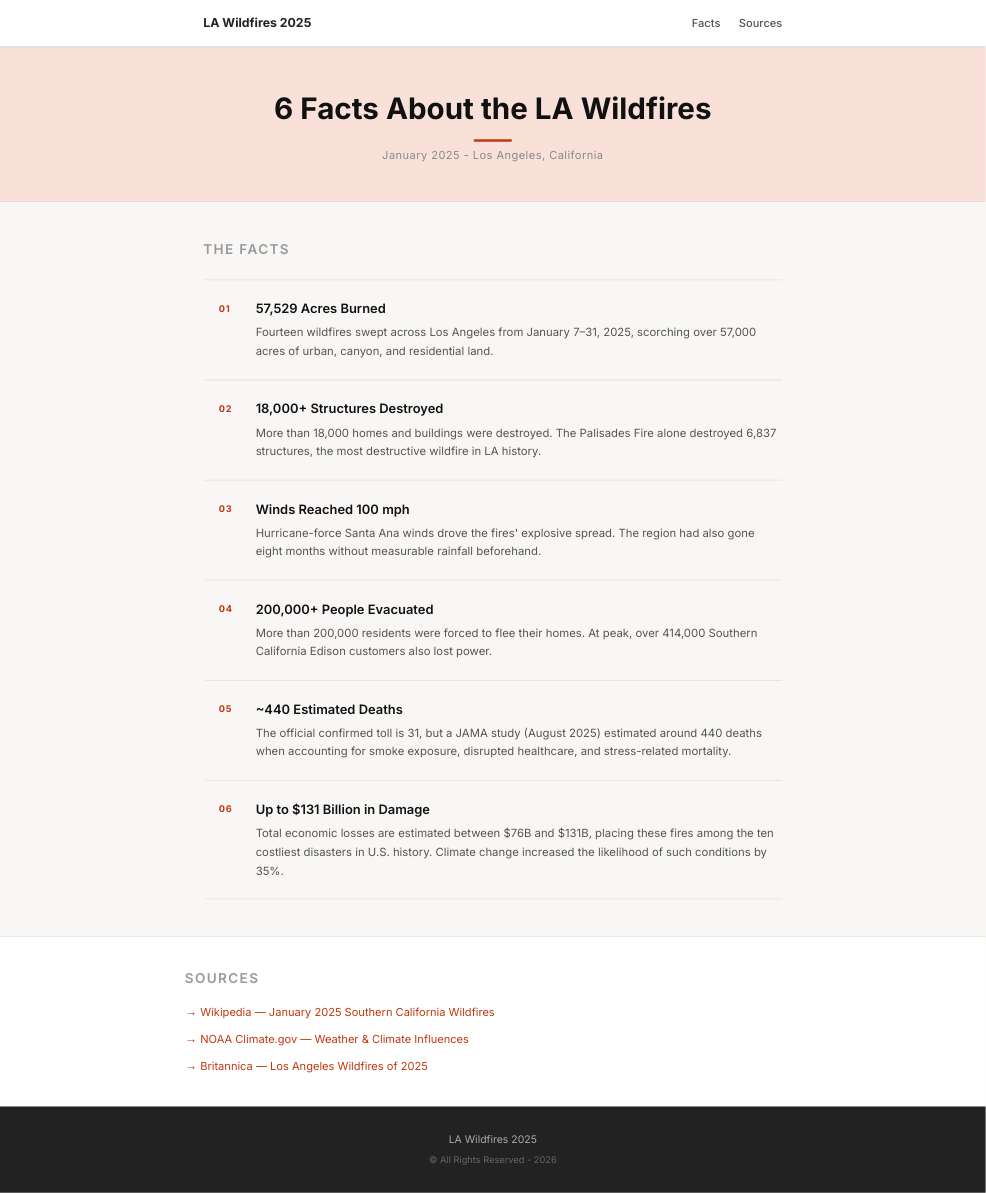
Repository: aarda5/la-wildfires-2025
Page: index.html
These files come from the project's save history. The page is drawn as it stood at one moment and after the next save; the edit follows.
The browser window is 1280 px wide. The pictures show the whole page, at 77% of full size.

Above is the page before, as saved 2026-03-25 23:43:10.

### index.html
<!DOCTYPE html>
<html lang="en">
<head>
  <meta charset="UTF-8" />
  <meta name="viewport" content="width=device-width, initial-scale=1.0" />
  <title>LA Wildfires 2025 — 6 Facts</title>
  <link rel="preconnect" href="https://fonts.googleapis.com" />
  <link rel="preconnect" href="https://fonts.gstatic.com" crossorigin />
  <link href="https://fonts.googleapis.com/css2?family=Inter:wght@400;500;600;700&display=swap" rel="stylesheet" />
  <link rel="stylesheet" href="style.css" />
</head>
<body>

  <header class="navbar">
    <div class="navbar__inner">
      <a class="navbar__logo" href="#">LA Wildfires 2025</a>

      <nav class="navbar__links" id="nav-links">
        <a href="#facts">Facts</a>
        <a href="#sources">Sources</a>
      </nav>

      <button class="navbar__hamburger" id="hamburger" aria-label="Toggle menu" aria-expanded="false">
        <span></span>
        <span></span>
        <span></span>
      </button>
    </div>

    <nav class="navbar__mobile-menu" id="mobile-menu">
      <a href="#facts">Facts</a>
      <a href="#sources">Sources</a>
    </nav>
  </header>

  <section class="hero">
    <h1>6 Facts About the LA Wildfires</h1>
    <p>January 2025 - Los Angeles, California</p>
  </section>

  <main class="facts" id="facts">
    <h2>The Facts</h2>

    <ol class="fact-list">

      <li class="fact-item">
        <span class="fact-number">01</span>
        <div class="fact-content">
          <h3>57,529 Acres Burned</h3>
          <p>Fourteen wildfires swept across Los Angeles from January 7–31, 2025, scorching over 57,000 acres of urban, canyon, and residential land.</p>
        </div>
      </li>

      <li class="fact-item">
        <span class="fact-number">02</span>
        <div class="fact-content">
          <h3>18,000+ Structures Destroyed</h3>
          <p>More than 18,000 homes and buildings were destroyed. The Palisades Fire alone destroyed 6,837 structures, the most destructive wildfire in LA history.</p>
        </div>
      </li>

      <li class="fact-item">
        <span class="fact-number">03</span>
        <div class="fact-content">
          <h3>Winds Reached 100 mph</h3>
          <p>Hurricane-force Santa Ana winds drove the fires' explosive spread. The region had also gone eight months without measurable rainfall beforehand.</p>
        </div>
      </li>

      <li class="fact-item">
        <span class="fact-number">04</span>
        <div class="fact-content">
          <h3>200,000+ People Evacuated</h3>
          <p>More than 200,000 residents were forced to flee their homes. At peak, over 414,000 Southern California Edison customers also lost power.</p>
        </div>
      </li>

      <li class="fact-item">
        <span class="fact-number">05</span>
        <div class="fact-content">
          <h3>~440 Estimated Deaths</h3>
          <p>The official confirmed toll is 31, but a JAMA study (August 2025) estimated around 440 deaths when accounting for smoke exposure, disrupted healthcare, and stress-related mortality.</p>
        </div>
      </li>

      <li class="fact-item">
        <span class="fact-number">06</span>
        <div class="fact-content">
          <h3>Up to $131 Billion in Damage</h3>
          <p>Total economic losses are estimated between $76B and $131B, placing these fires among the ten costliest disasters in U.S. history. Climate change increased the likelihood of such conditions by 35%.</p>
        </div>
      </li>

    </ol>
  </main>


  <section class="sources" id="sources">
    <h2>Sources</h2>
    <ul class="source-list">
      <li><a href="https://en.wikipedia.org/wiki/January_2025_Southern_California_wildfires" target="_blank" rel="noopener">Wikipedia — January 2025 Southern California Wildfires</a></li>
      <li><a href="https://www.climate.gov/news-features/event-tracker/weather-and-climate-influences-january-2025-fires-around-los-angeles" target="_blank" rel="noopener">NOAA Climate.gov — Weather &amp; Climate Influences</a></li>
      <li><a href="https://www.britannica.com/event/Los-Angeles-wildfires-of-2025" target="_blank" rel="noopener">Britannica — Los Angeles Wildfires of 2025 </a></li>
    </ul>
  </section>


  <footer class="footer">
    <p>LA Wildfires 2025</p>
    <p class="footer__copy">&copy; All Rights Reserved - 2026</p>
  </footer>

  <script>
    const hamburger = document.getElementById('hamburger');
    const mobileMenu = document.getElementById('mobile-menu');

    hamburger.addEventListener('click', () => {
      const expanded = hamburger.getAttribute('aria-expanded') === 'true';
      hamburger.setAttribute('aria-expanded', String(!expanded));
      hamburger.classList.toggle('is-open');
      mobileMenu.classList.toggle('is-open');
    });

    mobileMenu.querySelectorAll('a').forEach(link => {
      link.addEventListener('click', () => {
        hamburger.setAttribute('aria-expanded', 'false');
        hamburger.classList.remove('is-open');
        mobileMenu.classList.remove('is-open');
      });
    });
  </script>

</body>
</html>

### style.css

*, *::before, *::after {
  box-sizing: border-box;
  margin: 0;
  padding: 0;
}

html {
  scroll-behavior: smooth;
}

body {
  font-family: 'Inter', sans-serif;
  font-size: 16px;
  background-color: #f9f7f5;
  color: #222;
  line-height: 1.6;
}

a {
  color: #c0390f;
  text-decoration: none;
}

a:hover {
  text-decoration: underline;
}

a:focus-visible,
button:focus-visible {
  outline: 2px solid #c0390f;
  outline-offset: 3px;
  border-radius: 3px;
}


.navbar {
  position: sticky;
  top: 0;
  z-index: 100;
  background-color: #fff;
  border-bottom: 2px solid #e0d6cf;
}

.navbar__inner {
  display: flex;
  align-items: center;
  justify-content: space-between;
  max-width: 800px;
  margin: 0 auto;
  padding: 0 1.5rem;
  height: 60px;
}

.navbar__logo {
  font-weight: 700;
  font-size: 1rem;
  color: #222;
  text-decoration: none;
}

.navbar__logo:hover {
  color: #c0390f;
  text-decoration: none;
}

.navbar__links {
  display: flex;
  gap: 1.5rem;
}

.navbar__links a {
  font-size: 0.9rem;
  font-weight: 500;
  color: #555;
  text-decoration: none;
}

.navbar__links a:hover {
  color: #c0390f;
}

/* Hamburger button */
.navbar__hamburger {
  display: none;
  flex-direction: column;
  justify-content: center;
  gap: 5px;
  width: 36px;
  height: 36px;
  background: none;
  border: 1px solid #ddd;
  border-radius: 4px;
  padding: 0 8px;
}

.navbar__hamburger span {
  display: block;
  height: 2px;
  background: #444;
  border-radius: 2px;
  transition: transform 0.25s ease, opacity 0.25s ease;
  transform-origin: center;
}



/* Mobile dropdown */
.navbar__mobile-menu {
  display: none;
  flex-direction: column;
  background: #fff;
  border-top: 1px solid #eee;
  max-height: 0;
  overflow: hidden;
  transition: max-height 0.3s ease;
}

.navbar__mobile-menu.is-open {
  max-height: 200px;
}

.navbar__mobile-menu a {
  padding: 0.75rem 1.5rem;
  font-size: 0.9rem;
  font-weight: 500;
  color: #444;
  border-bottom: 1px solid #f0f0f0;
  text-decoration: none;
}


.navbar__mobile-menu a:hover {
  background-color: #fdf3ef;
  color: #c0390f;
}


.navbar__mobile-menu a:last-child {
  border-bottom: none;
}


.hero {
  background-color: #f9e1da;
  border-bottom: 1px solid #e8d8d0;
  padding: 3rem 1.5rem;
  text-align: center;
}

.hero h1 {
  font-size: clamp(1.6rem, 4vw, 2.4rem);
  font-weight: 700;
  color: #111;
  margin-bottom: 0.4rem;
}


.hero h1::after {
  content: '';
  display: block;
  width: 50px;
  height: 3px;
  background-color: #c0390f;
  margin: 0.6rem auto 0;
  border-radius: 2px;
}

.hero p {
  font-size: 0.9rem;
  color: #888;
  letter-spacing: 0.04em;
}


.facts {
  max-width: 800px;
  margin: 0 auto;
  padding: 3rem 1.5rem;
}

.facts h2 {
  font-size: 1.1rem;
  font-weight: 600;
  text-transform: uppercase;
  letter-spacing: 0.1em;
  color: #999;
  margin-bottom: 1.5rem;
}


.fact-list {
  list-style: none;
  display: flex;
  flex-direction: column;
  gap: 0;
}


.fact-item {
  display: flex;
  align-items: flex-start;
  gap: 1.25rem;
  padding: 1.5rem 0;
  border-bottom: 1px solid #e5e0db;


  border-left: 4px solid transparent;
  padding-left: 1rem;
  transition: border-color 0.2s ease, background-color 0.2s ease;
}


.fact-item:hover {
  border-left-color: #c0390f;
  background-color: #fdf8f6;
}


.fact-item:first-child {
  border-top: 1px solid #e5e0db;
}

.fact-number {
  flex-shrink: 0;
  font-size: 0.75rem;
  font-weight: 700;
  color: #c0390f;
  letter-spacing: 0.08em;
  padding-top: 3px;
  min-width: 28px;
}

.fact-content {
  flex: 1;
}

.fact-content h3 {
  font-size: 1.05rem;
  font-weight: 600;
  color: #111;
  margin-bottom: 0.35rem;
}

.fact-content p {
  font-size: 0.92rem;
  color: #555;
  line-height: 1.65;
}


.sources {
  background-color: #fff;
  border-top: 1px solid #e5e0db;
  padding: 2.5rem 1.5rem;
}

.sources h2 {
  font-size: 1.1rem;
  font-weight: 600;
  text-transform: uppercase;
  letter-spacing: 0.1em;
  color: #999;
  margin-bottom: 1rem;
  max-width: 800px;
  margin-left: auto;
  margin-right: auto;
}

.source-list {
  list-style: none;
  max-width: 800px;
  margin: 0 auto;
  display: flex;
  flex-direction: column;
  gap: 0.6rem;
}


.source-list li::before {
  content: '→ ';
  color: #c0390f;
  font-weight: 600;
}

.source-list a {
  font-size: 0.9rem;
}

.footer {
  background-color: #222;
  color: #aaa;
  padding: 2rem 1.5rem;
  text-align: center;
}


.footer p:nth-child(1) {
  font-size: 0.85rem;
  margin-bottom: 0.4rem;
}

.footer__copy {
  font-size: 0.75rem;
  color: #666;
}


@media (max-width: 600px) {
  .navbar__links {
    display: none;
  }

  .navbar__hamburger {
    display: flex;
  }

  .navbar__mobile-menu {
    display: flex;
  }

  .hero {
    padding: 2rem 1.2rem;
  }

  .facts {
    padding: 2rem 1.2rem;
  }

  .fact-item {
    gap: 1rem;
  }

  .sources {
    padding: 2rem 1.2rem;
  }
}

After the next save:
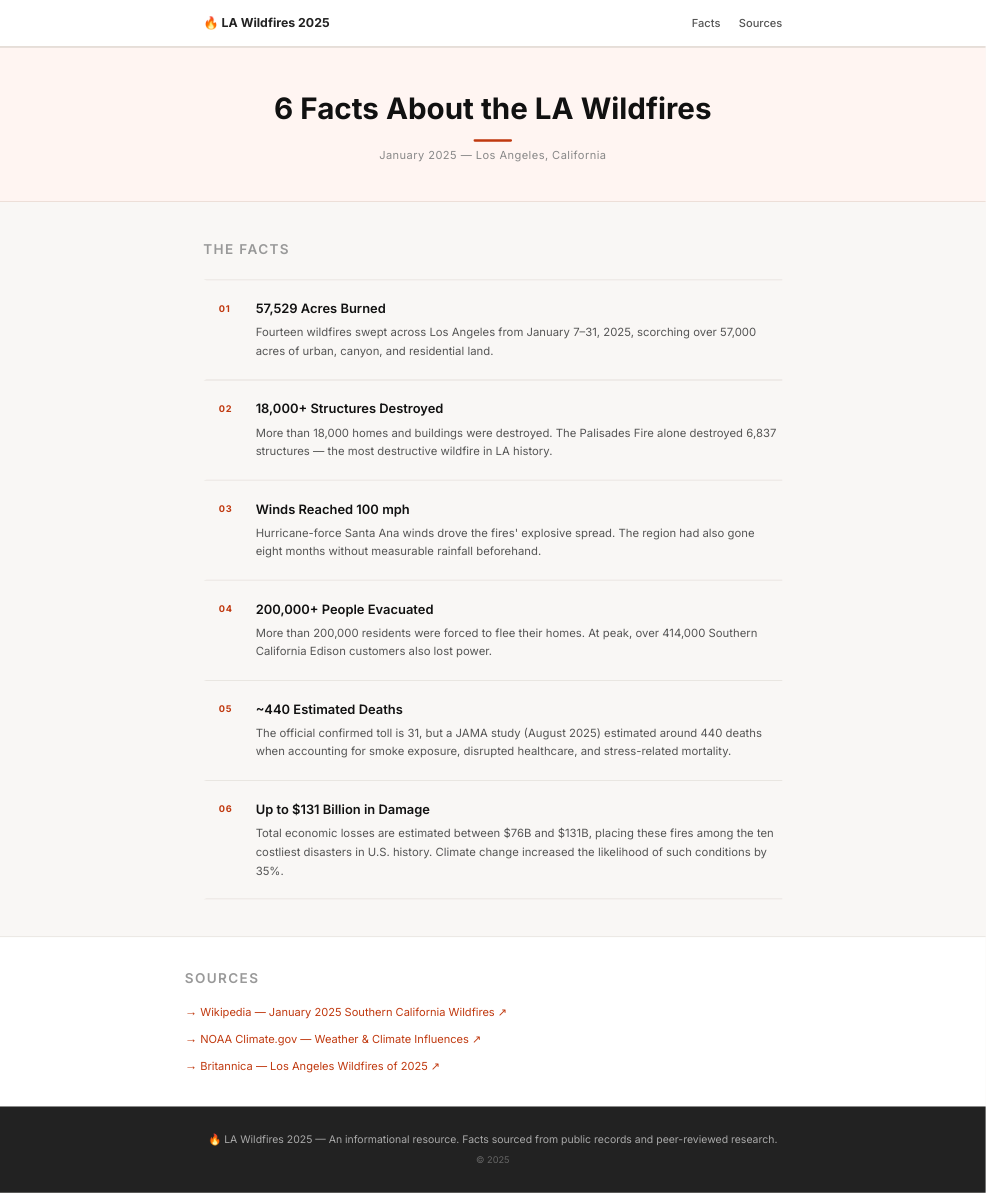
Saved 3 h 52 min later.
--- a/index.html
+++ b/index.html
@@ -11,9 +11,10 @@
 </head>
 <body>
 
+  <!-- NAVBAR -->
   <header class="navbar">
     <div class="navbar__inner">
-      <a class="navbar__logo" href="#">LA Wildfires 2025</a>
+      <a class="navbar__logo" href="#">🔥 LA Wildfires 2025</a>
 
       <nav class="navbar__links" id="nav-links">
         <a href="#facts">Facts</a>
@@ -33,11 +34,13 @@
     </nav>
   </header>
 
+  <!-- INTRO -->
   <section class="hero">
     <h1>6 Facts About the LA Wildfires</h1>
-    <p>January 2025 - Los Angeles, California</p>
+    <p>January 2025 &mdash; Los Angeles, California</p>
   </section>
 
+  <!-- FACTS LIST -->
   <main class="facts" id="facts">
     <h2>The Facts</h2>
 
@@ -55,7 +58,7 @@
         <span class="fact-number">02</span>
         <div class="fact-content">
           <h3>18,000+ Structures Destroyed</h3>
-          <p>More than 18,000 homes and buildings were destroyed. The Palisades Fire alone destroyed 6,837 structures, the most destructive wildfire in LA history.</p>
+          <p>More than 18,000 homes and buildings were destroyed. The Palisades Fire alone destroyed 6,837 structures — the most destructive wildfire in LA history.</p>
         </div>
       </li>
 
@@ -94,20 +97,20 @@
     </ol>
   </main>
 
-
+  <!-- SOURCES -->
   <section class="sources" id="sources">
     <h2>Sources</h2>
     <ul class="source-list">
-      <li><a href="https://en.wikipedia.org/wiki/January_2025_Southern_California_wildfires" target="_blank" rel="noopener">Wikipedia — January 2025 Southern California Wildfires</a></li>
-      <li><a href="https://www.climate.gov/news-features/event-tracker/weather-and-climate-influences-january-2025-fires-around-los-angeles" target="_blank" rel="noopener">NOAA Climate.gov — Weather &amp; Climate Influences</a></li>
-      <li><a href="https://www.britannica.com/event/Los-Angeles-wildfires-of-2025" target="_blank" rel="noopener">Britannica — Los Angeles Wildfires of 2025 </a></li>
+      <li><a href="https://en.wikipedia.org/wiki/January_2025_Southern_California_wildfires" target="_blank" rel="noopener">Wikipedia — January 2025 Southern California Wildfires ↗</a></li>
+      <li><a href="https://www.climate.gov/news-features/event-tracker/weather-and-climate-influences-january-2025-fires-around-los-angeles" target="_blank" rel="noopener">NOAA Climate.gov — Weather &amp; Climate Influences ↗</a></li>
+      <li><a href="https://www.britannica.com/event/Los-Angeles-wildfires-of-2025" target="_blank" rel="noopener">Britannica — Los Angeles Wildfires of 2025 ↗</a></li>
     </ul>
   </section>
 
-
+  <!-- FOOTER -->
   <footer class="footer">
-    <p>LA Wildfires 2025</p>
-    <p class="footer__copy">&copy; All Rights Reserved - 2026</p>
+    <p>🔥 LA Wildfires 2025 &mdash; An informational resource. Facts sourced from public records and peer-reviewed research.</p>
+    <p class="footer__copy">&copy; 2025</p>
   </footer>
 
   <script>
--- a/style.css
+++ b/style.css
@@ -1,4 +1,11 @@
-
+/* ============================================================
+   style.css — LA Wildfires 2025 (Simple List Version)
+   Font: Inter (Google Fonts)
+   Layout: Flexbox
+   Pseudo-classes/elements: 9 distinct
+   ============================================================ */
+
+/* ---- RESET & BASE ---- */
 *, *::before, *::after {
   box-sizing: border-box;
   margin: 0;
@@ -22,10 +29,12 @@ a {
   text-decoration: none;
 }
 
+/* pseudo-class 1 — :hover on all links */
 a:hover {
   text-decoration: underline;
 }
 
+/* pseudo-class 2 — :focus-visible for keyboard accessibility */
 a:focus-visible,
 button:focus-visible {
   outline: 2px solid #c0390f;
@@ -33,7 +42,9 @@ button:focus-visible {
   border-radius: 3px;
 }
 
-
+/* ============================================================
+   NAVBAR
+   ============================================================ */
 .navbar {
   position: sticky;
   top: 0;
@@ -59,9 +70,9 @@ button:focus-visible {
   text-decoration: none;
 }
 
+/* pseudo-class 3 — :hover on logo */
 .navbar__logo:hover {
   color: #c0390f;
-  text-decoration: none;
 }
 
 .navbar__links {
@@ -91,6 +102,7 @@ button:focus-visible {
   background: none;
   border: 1px solid #ddd;
   border-radius: 4px;
+  cursor: pointer;
   padding: 0 8px;
 }
 
@@ -103,7 +115,15 @@ button:focus-visible {
   transform-origin: center;
 }
 
-
+.navbar__hamburger.is-open span:nth-child(1) {
+  transform: translateY(7px) rotate(45deg);
+}
+.navbar__hamburger.is-open span:nth-child(2) {
+  opacity: 0;
+}
+.navbar__hamburger.is-open span:nth-child(3) {
+  transform: translateY(-7px) rotate(-45deg);
+}
 
 /* Mobile dropdown */
 .navbar__mobile-menu {
@@ -129,20 +149,22 @@ button:focus-visible {
   text-decoration: none;
 }
 
-
+/* pseudo-class 4 — :hover on mobile menu links */
 .navbar__mobile-menu a:hover {
   background-color: #fdf3ef;
   color: #c0390f;
 }
 
-
+/* pseudo-class 5 — :last-child removes bottom border on last mobile link */
 .navbar__mobile-menu a:last-child {
   border-bottom: none;
 }
 
-
+/* ============================================================
+   HERO / INTRO
+   ============================================================ */
 .hero {
-  background-color: #f9e1da;
+  background-color: #fff5f2;
   border-bottom: 1px solid #e8d8d0;
   padding: 3rem 1.5rem;
   text-align: center;
@@ -155,7 +177,7 @@ button:focus-visible {
   margin-bottom: 0.4rem;
 }
 
-
+/* pseudo-element 1 — ::after decorative underline on h1 */
 .hero h1::after {
   content: '';
   display: block;
@@ -172,7 +194,9 @@ button:focus-visible {
   letter-spacing: 0.04em;
 }
 
-
+/* ============================================================
+   FACTS SECTION
+   ============================================================ */
 .facts {
   max-width: 800px;
   margin: 0 auto;
@@ -188,7 +212,7 @@ button:focus-visible {
   margin-bottom: 1.5rem;
 }
 
-
+/* Remove default list styling */
 .fact-list {
   list-style: none;
   display: flex;
@@ -196,7 +220,7 @@ button:focus-visible {
   gap: 0;
 }
 
-
+/* ---- Individual fact item ---- */
 .fact-item {
   display: flex;
   align-items: flex-start;
@@ -204,19 +228,19 @@ button:focus-visible {
   padding: 1.5rem 0;
   border-bottom: 1px solid #e5e0db;
 
-
+  /* Box model: explicit padding and border on the item itself */
   border-left: 4px solid transparent;
   padding-left: 1rem;
   transition: border-color 0.2s ease, background-color 0.2s ease;
 }
 
-
+/* pseudo-class 6 — :hover on fact items */
 .fact-item:hover {
   border-left-color: #c0390f;
   background-color: #fdf8f6;
 }
 
-
+/* pseudo-class 7 — :first-child adds top border to the first item */
 .fact-item:first-child {
   border-top: 1px solid #e5e0db;
 }
@@ -248,7 +272,9 @@ button:focus-visible {
   line-height: 1.65;
 }
 
-
+/* ============================================================
+   SOURCES SECTION
+   ============================================================ */
 .sources {
   background-color: #fff;
   border-top: 1px solid #e5e0db;
@@ -276,7 +302,7 @@ button:focus-visible {
   gap: 0.6rem;
 }
 
-
+/* pseudo-element 2 — ::before bullet on source items */
 .source-list li::before {
   content: '→ ';
   color: #c0390f;
@@ -287,6 +313,9 @@ button:focus-visible {
   font-size: 0.9rem;
 }
 
+/* ============================================================
+   FOOTER
+   ============================================================ */
 .footer {
   background-color: #222;
   color: #aaa;
@@ -294,7 +323,7 @@ button:focus-visible {
   text-align: center;
 }
 
-
+/* pseudo-class 8 — :nth-child targets second p for smaller copyright text */
 .footer p:nth-child(1) {
   font-size: 0.85rem;
   margin-bottom: 0.4rem;
@@ -305,7 +334,9 @@ button:focus-visible {
   color: #666;
 }
 
-
+/* ============================================================
+   RESPONSIVE — MOBILE (≤600px)
+   ============================================================ */
 @media (max-width: 600px) {
   .navbar__links {
     display: none;
